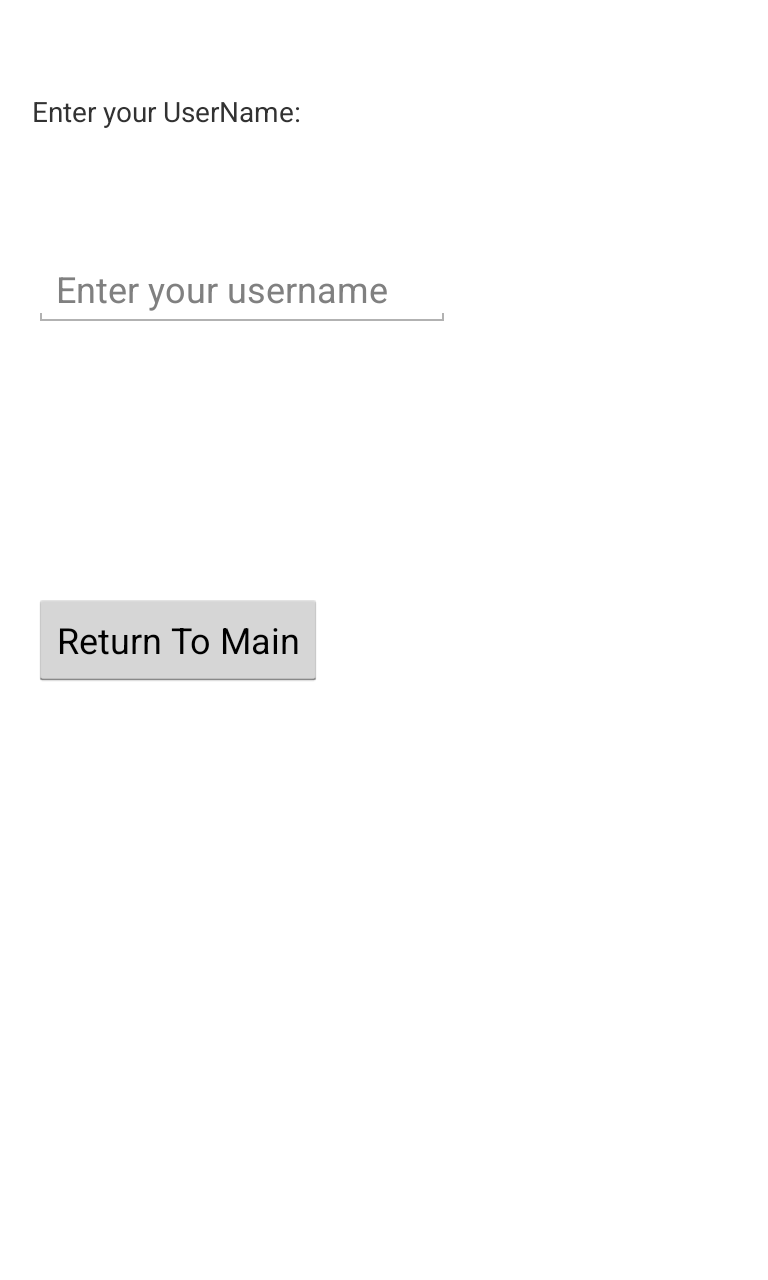
Repository: sam-stewart/in721
Layout: ActivitiesIntentsPassing/res/layout/activity_settings.xml
These files come from the project's save history. The layout is drawn as it stood at one moment and after the next save; the edit follows.
It is drawn on a 768 x 1280 px phone screen (xhdpi) without system bars, with theme AppTheme; the app's code is not run.

Above is the layout before, as saved 2015-03-07 02:36:55.

### ActivitiesIntentsPassing/res/layout/activity_settings.xml
<RelativeLayout xmlns:android="http://schemas.android.com/apk/res/android"
    xmlns:tools="http://schemas.android.com/tools"
    android:layout_width="match_parent"
    android:layout_height="match_parent"
    android:paddingBottom="@dimen/activity_vertical_margin"
    android:paddingLeft="@dimen/activity_horizontal_margin"
    android:paddingRight="@dimen/activity_horizontal_margin"
    android:paddingTop="@dimen/activity_vertical_margin"
    tools:context="com.example.activitiesintentspassing.SettingsActivity" >

    <TextView
        android:id="@+id/txtViewEnterUserName"
        android:layout_width="wrap_content"
        android:layout_height="wrap_content"
        android:layout_alignParentTop="true"
        android:layout_marginTop="30dp"
        android:text="@string/enter_username" />

    <EditText
        android:id="@+id/editTxtUserName"
        android:layout_width="wrap_content"
        android:layout_height="wrap_content"
        android:layout_below="@+id/txtViewEnterUserName"
        android:layout_marginTop="60dp"
        android:hint="Enter your username"
        android:ems="10" />

    <Button
        android:id="@+id/bttnReturnToMain"
        android:layout_width="wrap_content"
        android:layout_height="wrap_content"
        android:layout_centerVertical="true"
        android:text="@string/return_button" />

</RelativeLayout>

### ActivitiesIntentsPassing/res/values/strings.xml
<?xml version="1.0" encoding="utf-8"?>
<resources>

    <string name="app_name">ActivitiesIntentsPassing</string>
    <string name="action_settings">Settings</string>
    <string name="username_header">Your username:</string>
    <string name="no_username">No username chosen yet.</string>
    <string name="enter_username">Enter your UserName:</string>
    <string name="settings_button">Go To Settings</string>
    <string name="return_button">Return To Main</string>
    <string name="slothstronaut">Slothstronaut</string>
    <string name="title_activity_settings">SettingsActivity</string>
    <string name="hello_world">Hello world!</string>
    <string name="username_hint">Type username here</string>

</resources>

Loaded but not shown: ActivitiesIntentsPassing/res/values/styles.xml (common file); ActivitiesIntentsPassing/res/values-v11/styles.xml (common file); ActivitiesIntentsPassing/res/values-v14/styles.xml (common file); ActivitiesIntentsPassing/res/values/dimens.xml (common file); ActivitiesIntentsPassing/res/values-w820dp/dimens.xml (common file)

After the next save:
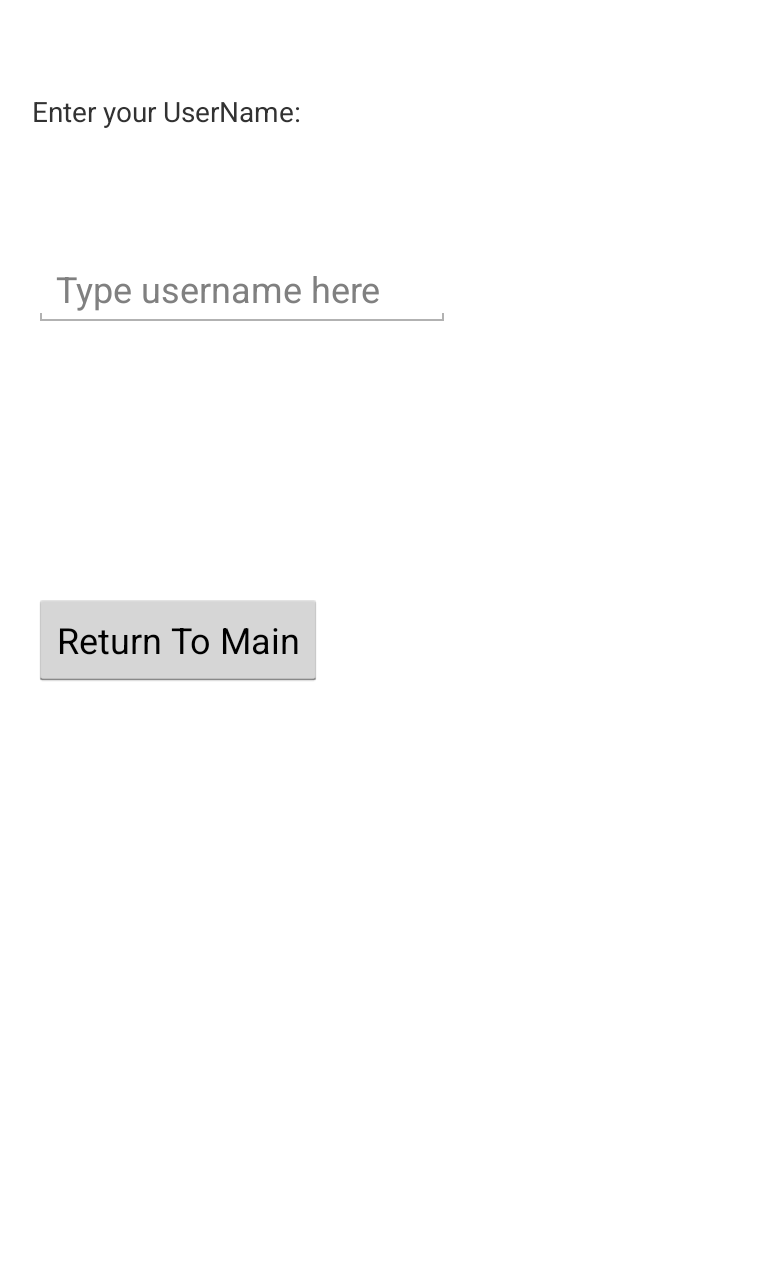
Saved 14 s later.
--- a/ActivitiesIntentsPassing/res/layout/activity_settings.xml
+++ b/ActivitiesIntentsPassing/res/layout/activity_settings.xml
@@ -22,7 +22,7 @@
         android:layout_height="wrap_content"
         android:layout_below="@+id/txtViewEnterUserName"
         android:layout_marginTop="60dp"
-        android:hint="Enter your username"
+        android:hint="@string/username_hint"
         android:ems="10" />
 
     <Button
